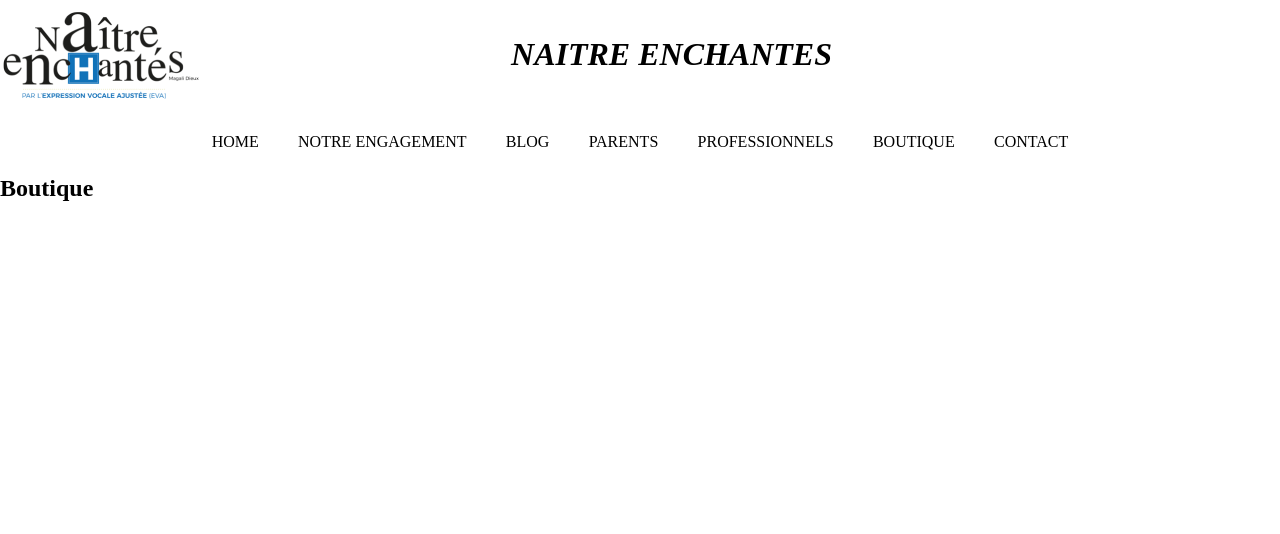
Repository: Khadija-Asa/naitre-enchantes
Page: header.html
An editor plug-in stored every save of this project. The page is shown before and after the next save, followed by the edit.
The browser window is 1280 px wide. The pictures show the whole page.

Above is the page before, as saved 2020-11-24 15:16:41.

After the next save:
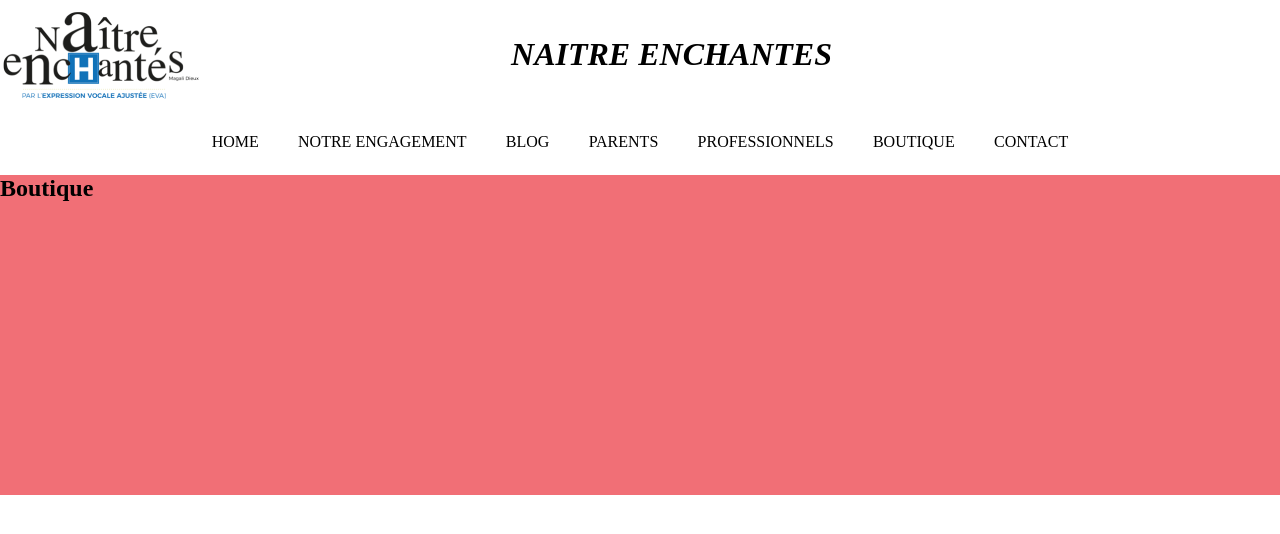
Saved 94 s later.
--- a/header.css
+++ b/header.css
@@ -32,6 +32,6 @@
 }
 
 .big_img_header {
-    background-color: F16F76;
+    background-color: #F16F76;
     height: 20em;
 }
